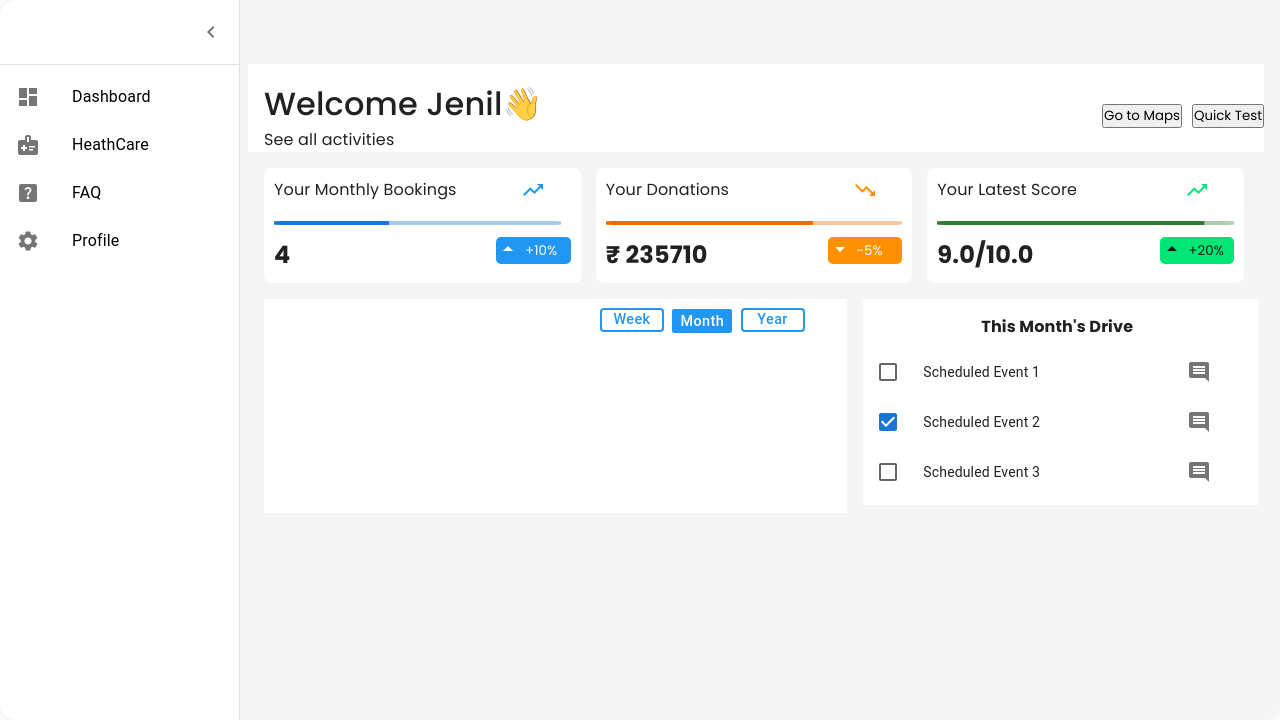
Repository: shubhampirate/Google_Solutions_Edural
Page: /dashboard
The author's editor kept a copy of each file at every save. The page is drawn from the files as they stood at one save, then again after the next save.
The browser window is 1280 px wide. The pictures show the whole page.
The page's requests for data from a server got no answer. The project was rebuilt for these pictures with package versions that can differ from the ones it lists, and the page was loaded fresh each time. Some packages were replaced by stand-ins written for this rebuild. No one was signed in, and anything a server would have sent is missing. Also part of the build but not shown: src/Components/CustomButton.jsx, src/Components/Navbar.jsx, src/Components/Footer.jsx, src/Components/CongratsCard.jsx, src/pages/Hero/Hero.jsx, src/pages/Sign_in.jsx.

Above is the page before, as saved 2024-02-03 17:53:45.

### src/index.js
import React from "react";
import ReactDOM from "react-dom/client";
import "./index.css";
import { GoogleOAuthProvider } from '@react-oauth/google';
import App from "./App";
import { BrowserRouter } from "react-router-dom";
const root = ReactDOM.createRoot(
    document.getElementById("root"));
root.render(
    <BrowserRouter>
<GoogleOAuthProvider clientId="730379698185-cv7a59sok9sod43v04ee6g6pt4gtaea2.apps.googleusercontent.com">
        {/* <React.StrictMode> */}
            <App />
        {/* </React.StrictMode> */}
    </GoogleOAuthProvider>
    </BrowserRouter>

);

### src/App.jsx
import Hero from "./pages/Hero/Hero";
import Dashboard from "./pages/Dashboard/Dashboard";
import SignIn from "./pages/Sign_in";
import {useState} from "react";
import { Route, Routes } from "react-router-dom";
function App() {
  return (
    <>
      {/* <Hero />   */}
      {/* <SignIn /> */}
      <Routes>
        <Route path="/signin" element={<><SignIn /></>} />
        <Route path="/dashboard" element={<><Dashboard /></>} />
        {/* <Route path="/education" element={<><Education /></>} /> */}
        {/* <Route path="/health" element={<><Health /></>} /> */}
        {/* <Route path="/profile" element={<><Profile /></>} /> */}
        {/* <Route path="/finance" element={<><Finance /></>} /> */}
        {/* <Route path="/questions" element={<><Questions /></>} /> */}
        {/* <Route path="/retireaibot" element={<><Bot /></>} /> */}
        <Route path="/" element={<><Hero /></>} />
      </Routes>
         </>
  );
}

export default App;

### src/pages/Dashboard/Dashboard.jsx
import * as React from 'react';
import { styled, createTheme, ThemeProvider } from '@mui/material/styles';
import CssBaseline from '@mui/material/CssBaseline';
import MuiDrawer from '@mui/material/Drawer';
import Box from '@mui/material/Box';
import MuiAppBar from '@mui/material/AppBar';
import Toolbar from '@mui/material/Toolbar';
import {
  LinearProgress, ListItem, CircularProgress, Checkbox, ListItemText, Dialog, DialogActions, DialogContent,
  DialogContentText, DialogTitle, ListItemIcon, ListItemButton
} from '@mui/material';
import TrendingUpIcon from '@mui/icons-material/TrendingUp';
// import { PieChart } from '@mui/x-charts/PieChart';
// import { useDrawingArea } from '@mui/x-charts/hooks';
import TrendingDownIcon from '@mui/icons-material/TrendingDown';
import List from '@mui/material/List';
import Divider from '@mui/material/Divider';
import IconButton from '@mui/material/IconButton';
import ArrowDropUpIcon from '@mui/icons-material/ArrowDropUp';
import ArrowDropDownIcon from '@mui/icons-material/ArrowDropDown';
import Grid from '@mui/material/Grid';
import MenuIcon from '@mui/icons-material/Menu';
import ChevronLeftIcon from '@mui/icons-material/ChevronLeft';
import { mainListItems } from '../../Components/listItems';
import axios from 'axios';
import Button from '@mui/material/Button';
import CommentIcon from '@mui/icons-material/Comment';
import Swal from 'sweetalert2';
import { useState } from 'react';
import { useEffect } from 'react';
// import { Bar } from "react-chartjs-2";
// import { BarElement, CategoryScale, Chart as ChartJS, Legend, LinearScale, Title, Tooltip } from "chart.js";
// import GoogleTranslateComponent from '../../Components/GoogleTranslateComponent';
// import csacc from "../../media/csacc.png"
// import creditscoremodel from "../../media/creditscoremodel.png"
// import creditflow from "../../media/creditflowchart.png"
// ChartJS.register(CategoryScale, LinearScale, BarElement, Title, Tooltip, Legend);

const drawerWidth = 240;

const AppBar = styled(MuiAppBar, {
  shouldForwardProp: (prop) => prop !== 'open',
})(({ theme, open }) => ({
  zIndex: theme.zIndex.drawer + 1,
  transition: theme.transitions.create(['width', 'margin'], {
    easing: theme.transitions.easing.sharp,
    duration: theme.transitions.duration.leavingScreen,
  }),
  ...(open && {
    marginLeft: drawerWidth,
    width: `calc(100% - ${drawerWidth}px)`,
    transition: theme.transitions.create(['width', 'margin'], {
      easing: theme.transitions.easing.sharp,
      duration: theme.transitions.duration.enteringScreen,
    }),
  }),
}));

const Drawer = styled(MuiDrawer, { shouldForwardProp: (prop) => prop !== 'open' })(
  ({ theme, open }) => ({
    '& .MuiDrawer-paper': {
      position: 'relative',
      whiteSpace: 'nowrap',
      width: drawerWidth,
      transition: theme.transitions.create('width', {
        easing: theme.transitions.easing.sharp,
        duration: theme.transitions.duration.enteringScreen,
      }),
      boxSizing: 'border-box',
      ...(!open && {
        overflowX: 'hidden',
        transition: theme.transitions.create('width', {
          easing: theme.transitions.easing.sharp,
          duration: theme.transitions.duration.leavingScreen,
        }),
        width: theme.spacing(7),
        [theme.breakpoints.up('sm')]: {
          width: theme.spacing(9),
        },
      }),
    },
  }),
);

var currentDate = new Date();

var months = [
  "January", "February", "March", "April", "May", "June",
  "July", "August", "September", "October", "November", "December"
];

var formattedDate = months[currentDate.getMonth()] + " " + currentDate.getDate() + ", " + currentDate.getFullYear();

const defaultTheme = createTheme();

export default function Dashboard() {
  const [open, setOpen] = React.useState(true);
  const toggleDrawer = () => {
    setOpen(!open);
  };

  const [expensedata, setExpensedata] = useState([])

  useEffect(() => {
    loadList();
  }, []);


  const loadList = async () => {
    const result = await axios.get(`https://wixstocle.pythonanywhere.com/api/expense/`, {
      headers: { "Authorization": `Token 11c868750d92deda81638c5a9a59177bdc7ae41a` },
    });
    console.log(result.data.data);
    setExpensedata(result.data.data);
  }

  const getLabels = () => expensedata.slice(-5).map(data => data.date);

  const getData = (key) => expensedata.slice(-5).map(data => data[key]);

  const optionsexpense = {
    indexAxis: 'x',
    elements: {
      bar: {
        borderWidth: 0,
      },
    },
    responsive: true,
    interaction: {
      mode: 'index',
      intersect: false,
    },
    scales: {
      x: {
        stacked: false,
      },
      y: {
        stacked: false,
      },
    },
    plugins: {
      legend: {
        position: 'top',
      }
    },
  };

  const dataexpense = {
    labels: getLabels(),
    datasets: [
      {
        label: 'Revenue',
        data: getData('income'),
        backgroundColor: '#2196f3',
      },
      {
        label: 'Spendings',
        data: getData('expense'),
        backgroundColor: '#ff9100',
      },
      {
        label: 'Savings',
        data: getData('savings'),
        backgroundColor: '#00e676',
      },
    ],
  };

  const today = new Date();
  const year = today.getFullYear();
  const month = String(today.getMonth() + 1).padStart(2, '0'); // Months are zero-based
  const day = String(today.getDate()).padStart(2, '0');

  const todayDate = `${year}-${month}-${day}`;

  const [userData, setUserData] = React.useState({
    income: '',
    savings: '',
    expense: '',
    date: todayDate,
    user: "tony@gmail.com"
  });

  const handleChangePlan = (field, value) => {
    setUserData((prevData) => ({ ...prevData, [field]: value }));
  };
  const creditscore = 87.4;

  const handlePostData = () => {
    console.log(userData);
    fetch(`https://wixstocle.pythonanywhere.com/api/expense/`, {
      method: 'POST',
      headers: {
        "Authorization": `Token 11c868750d92deda81638c5a9a59177bdc7ae41a`,
        'Content-Type': 'application/json',
      },
      body: JSON.stringify(userData),
    })
      .then((response) => response.json())
      .then((data) => {
        // console.log(data);
        if (data.status == true) {
          Swal.fire({
            icon: 'success',
            title: 'Successfully Saved the details',
            showConfirmButton: false,
            timer: 3000
          })
          setExpensedata([...expensedata, userData]);
        }
        else {
          Swal.fire({
            icon: 'error',
            title: data.message,
            showConfirmButton: false,
            timer: 3000
          })
        }
      });
  };


//   function PieCenterLabel({ children }) {
//     const { width, height, left, top } = useDrawingArea();
//     return (
//       <StyledText x={left + width / 2} y={top + height / 2}>
//         {children}
//       </StyledText>
//     );
//   }

  const [checked, setChecked] = React.useState([1]);

  const handleToggle = (value) => () => {
    const currentIndex = checked.indexOf(value);
    const newChecked = [...checked];

    if (currentIndex === -1) {
      newChecked.push(value);
    } else {
      newChecked.splice(currentIndex, 1);
    }

    setChecked(newChecked);
  };
  return (
    <ThemeProvider theme={defaultTheme}>
      <Box sx={{ display: 'flex', borderRadius: '16px', overflow: 'hidden', boxShadow: '0px 0px 10px rgba(0, 0, 0, 0.1)' }} >
        <CssBaseline />
        <AppBar position="absolute" open={open} sx={{ backgroundColor: "whitesmoke", boxShadow: 'none' }}>
          <Toolbar
            sx={{
              pr: '24px', // keep right padding when drawer closed
              display: 'flex',
              alignItems: 'center',
              justifyContent: 'space-between',
            }}>
            <Box sx={{ display: 'flex', alignItems: 'center' }}>
              <IconButton
                edge="start"
                aria-label="open drawer"
                onClick={toggleDrawer}
                sx={{
                  marginRight: '36px',
                  ...(open && { display: 'none' }),
                  backgroundColor: "#fff"
                }}>
                <MenuIcon />
              </IconButton>
            </Box>
          </Toolbar>
        </AppBar>
        <Drawer variant="permanent" open={open}>
          <Toolbar
            sx={{
              display: 'flex',
              alignItems: 'center',
              justifyContent: 'flex-end',
              px: [1],
            }}
          >
            {/* <GoogleTranslateComponent /> */}
            <IconButton onClick={toggleDrawer}>
              <ChevronLeftIcon />
            </IconButton>
          </Toolbar>
          <Divider />
          <List component="nav">
            {mainListItems}
          </List>
        </Drawer>
        <Box
          component="main"
          sx={{
            backgroundColor: (theme) =>
              theme.palette.mode === 'light'
                ? theme.palette.grey[100]
                : theme.palette.grey[900],
            flexGrow: 1,
            height: '100vh',
            overflow: 'auto',
          }}>
          <Toolbar />
          <div>
      <Grid container spacing={2} marginTop="0.02rem" paddingLeft={3} paddingRight={2}>
        <Grid item xs={6} style={{ backgroundColor: "white"}} >
          <div style={{ fontSize: '2rem', fontWeight: '500' }}>Welcome Jenil👋</div>
          <div>See all activities</div>
        </Grid>
        <Grid item xs={6} display="flex" justifyContent="flex-end" alignItems="center" style={{ backgroundColor: "white"}}>
          <button style={{ /* Add your button styles */ }}>Go to Maps</button>
          <button style={{ marginLeft: '10px' /* Add your button styles */ }}>Quick Test</button>
        </Grid>
      </Grid>
    </div>

          <Grid container spacing={2} marginTop="1rem" paddingLeft={5} paddingRight={2}>
            <Grid item xs={12} md={3.8} style={{ backgroundColor: "white", padding: "10px", marginRight: "15px", borderRadius: "0.5rem" }}>
              <Grid item xs={12}>
                <Grid container>
                  <Grid item xs={10}><div>Your Monthly Bookings</div></Grid>
                  <Grid item xs={2}><TrendingUpIcon sx={{ color: "#2196f3" }} /></Grid>
                </Grid>
                <Grid item xs={12}>
                  <LinearProgress variant="determinate" value={40} sx={{ color: "#2196f3", borderRadius: "10%", margin: "12px 10px 12px 0px" }} />
                </Grid>
                <Grid item xs={12}>
                  <Grid container>
                    <Grid item xs={9}>
                       <div style={{ fontSize: "1.5rem", fontWeight: "550" }}> 4</div>
                    </Grid>
                    <Grid item xs={3} style={{ backgroundColor: "#2196f3", color: "white", borderRadius: "5px", height: "1.65rem" }}>
                      <ArrowDropUpIcon /> <sup>+10%</sup>
                    </Grid>
                  </Grid>
                </Grid>
              </Grid>
            </Grid>
            <Grid item xs={12} md={3.8} style={{ backgroundColor: "white", padding: "10px", marginRight: "15px", borderRadius: "0.5rem" }}>
              <Grid item xs={12}>
                <Grid container>
                  <Grid item xs={10}><div>Your Donations</div></Grid>
                  <Grid item xs={2}><TrendingDownIcon sx={{ color: "#ff9100" }} /></Grid>
                </Grid>
                <Grid item xs={12}>
                  <LinearProgress variant="determinate" value={70} color='warning' sx={{ borderRadius: "10%", margin: "12px 0px" }} />
                </Grid>
                <Grid item xs={12}>
                  <Grid container>
                    <Grid item xs={9}>
                   <div style={{ fontSize: "1.5rem", fontWeight: "550" }}>₹ 235710</div>
                    </Grid>
                    <Grid item xs={3} style={{ backgroundColor: "#ff9100", color: "white", borderRadius: "5px", height: "1.65rem" }}>
                      <ArrowDropDownIcon /> <sup>-5%</sup>
                    </Grid>
                  </Grid>
                </Grid>
              </Grid>
            </Grid>
            <Grid item xs={12} md={3.8} style={{ backgroundColor: "white", padding: "10px", marginRight: "15px", borderRadius: "0.5rem" }}>
              <Grid item xs={12}>
                <Grid container>
                  <Grid item xs={10}><div>Your Latest Score</div></Grid>
                  <Grid item xs={2}><TrendingUpIcon sx={{ color: "#00e676" }} /></Grid>
                </Grid>
                <Grid item xs={12}>
                  <LinearProgress variant="determinate" value={90} color="success" style={{ borderRadius: "10%", margin: "12px 0px" }} />
                </Grid>
                <Grid item xs={12}>
                  <Grid container>
                    <Grid item xs={9}>
 <div style={{ fontSize: "1.5rem", fontWeight: "550" }}> 9.0/10.0</div>
                    </Grid>
                    <Grid item xs={3} style={{ backgroundColor: "#00e676", borderRadius: "5px", height: "1.65rem" }}>
                      <ArrowDropUpIcon /> <sup>+20%</sup>
                    </Grid>
                  </Grid>
                </Grid>
              </Grid>
            </Grid>
            {/* <Grid item xs={12} md={2.5} style={{ backgroundColor: "white", padding: "10px", borderRadius: "0.5rem" }}> */}
              {/* <Grid container spacing={2}> */}
                {/* <Grid item xs={12}>Today's Savings Deal</Grid> */}
                {/* <Grid item xs={12}>
                  <LinearProgress variant="determinate" value={0} color='secondary' sx={{ borderRadius: "10%", margin: "3px 0px" }} />
                </Grid> */}
                {/* <Grid item xs={12} sx={{ fontWeight: "550", marginTop: "-10px" }}>Buy Doctor Shoes from Amazon and save over <br />₹ 1500</Grid> */}
              {/* </Grid> */}
            {/* </Grid> */}
          </Grid>
          <Grid container spacing={2} marginTop="1rem" paddingLeft={5} paddingRight={2} marginBottom={2}>
            <Grid item xs={7} sx={{ backgroundColor: "white", padding: "5px", marginRight: "1rem" }}>
              <Grid container spacing={2} padding={1}>
                <Grid xs={7}></Grid>
                <Grid xs={1.5}><Button style={{
                  borderColor: "#2196f3", color: "#2196f3", height: "1.5rem", textTransform: "capitalize",
                  fontSize: "0.9rem", border: "2px solid", textAlign: "left"
                }}>Week</Button></Grid>
                <Grid xs={1.5}><Button style={{
                  backgroundColor: "#2196f3", color: "white", height: "1.75rem", textTransform: "capitalize",
                  fontSize: "0.9rem", border: "2px solid", textAlign: "left"
                }}>Month</Button></Grid>
                <Grid xs={1}><Button style={{
                  borderColor: "#2196f3", color: "#2196f3", height: "1.5rem", textTransform: "capitalize",
                  fontSize: "0.9rem", border: "2px solid", textAlign: "left"
                }}>Year</Button></Grid>
                <Grid xs={12} marginTop={2}>
                  {/* <Bar options={optionsexpense} data={dataexpense} /> */}
                </Grid>
              </Grid>
            </Grid>
            <Grid item xs={4.75} >
              <Grid container spacing={2} >

                <Grid item xs={12}>
                  <Grid container spacing={2} sx={{ backgroundColor: "white", marginBottom: "0.5rem" }}>
                    <Grid item xs={12} style={{ textAlign: "center", marginLeft: "-0.75rem", fontWeight: "600" }}>This Month's Drive</Grid>
                    <List sx={{ width: '100%', maxWidth: 360, bgcolor: 'background.paper' }}>
                      {[0, 1, 2].map((value) => {
                        const labelId = `checkbox-list-label-${value}`;
                        return (
                          <ListItem
                            key={value}
                            secondaryAction={
                              <IconButton edge="end" aria-label="comments">
                                <CommentIcon />
                              </IconButton>
                            }
                            disablePadding
                          >
                            <ListItemButton role={undefined} onClick={handleToggle(value)} dense>
                              <ListItemIcon>
                                <Checkbox
                                  edge="start"
                                  checked={checked.indexOf(value) !== -1}
                                  tabIndex={-1}
                                  disableRipple
                                  inputProps={{ 'aria-labelledby': labelId }}
                                />
                              </ListItemIcon>
                              <ListItemText id={labelId} style={{ marginLeft: "-0.75rem" }} primary={`Scheduled Event ${value + 1}`} />
                            </ListItemButton>
                          </ListItem>
                        );
                      })}
                    </List>
                  </Grid>
                </Grid>
              </Grid>
            </Grid>
          </Grid>

        </Box>
      </Box >
    </ThemeProvider >
  );
}

### src/Components/listItems.jsx
import * as React from 'react';
import ListItemButton from '@mui/material/ListItemButton';
import ListItemIcon from '@mui/material/ListItemIcon';
import ListItemText from '@mui/material/ListItemText';
import DashboardIcon from '@mui/icons-material/Dashboard';
import MedicalInformationIcon from '@mui/icons-material/MedicalInformation';
import SavingsIcon from '@mui/icons-material/Savings';
import SchoolIcon from '@mui/icons-material/School';
import HelpCenterIcon from '@mui/icons-material/HelpCenter';
import SettingsIcon from '@mui/icons-material/Settings';
import SmartToyIcon from '@mui/icons-material/SmartToy';
import { Link } from 'react-router-dom';
// import GoogleTranslateComponent from './GoogleTranslateComponent';


export const mainListItems = (
  <>
    <React.Fragment>
      <Link to="/dashboard" style={{ textDecoration: "none", color: "black" }}>
        <ListItemButton>
          <ListItemIcon>
            <DashboardIcon />
          </ListItemIcon>
          <ListItemText primary="Dashboard" />
        </ListItemButton>
      </Link>
      <Link to="/health" style={{ textDecoration: "none", color: "black" }}>
        <ListItemButton>
          <ListItemIcon>
            <MedicalInformationIcon />
          </ListItemIcon>
          <ListItemText primary="HeathCare" />
        </ListItemButton>
      </Link>
      {/* <Link to="/finance" style={{ textDecoration: "none", color: "black" }}>
        <ListItemButton>
          <ListItemIcon>
            <SavingsIcon />
          </ListItemIcon>
          <ListItemText primary="Finance Planning" />
        </ListItemButton>
      </Link> */}
      {/* <Link to="/education" style={{ textDecoration: "none", color: "black" }}>
        <ListItemButton>
          <ListItemIcon>
            <SchoolIcon />
          </ListItemIcon>
          <ListItemText primary="Educational Service" />
        </ListItemButton>
      </Link> */}
      <Link to="/questions" style={{ textDecoration: "none", color: "black" }}>
        <ListItemButton>
          <ListItemIcon>
            <HelpCenterIcon />
          </ListItemIcon>
          <ListItemText primary="FAQ" />
        </ListItemButton>
      </Link>
      <Link to="/profile" style={{ textDecoration: "none", color: "black" }}>
        <ListItemButton>
          <ListItemIcon>
            <SettingsIcon />
          </ListItemIcon>
          <ListItemText primary="Profile" />
        </ListItemButton>
      </Link>
      {/* <Link to="/retireaibot" style={{ textDecoration: "none", color: "black" }}>
        <ListItemButton>
          <ListItemIcon>
            <SmartToyIcon />
          </ListItemIcon>
          <ListItemText primary="Retire AI Bot" />
        </ListItemButton>
      </Link> */}
    </React.Fragment >
  </>
);

// export const secondaryListItems = (
//   <React.Fragment>
//     <ListSubheader component="div" inset>
//       Saved reports
//     </ListSubheader>
//     <ListItemButton>
//       <ListItemIcon>
//         <AssignmentIcon />
//       </ListItemIcon>
//       <ListItemText primary="Current month" />
//     </ListItemButton>
//     <ListItemButton>
//       <ListItemIcon>
//         <AssignmentIcon />
//       </ListItemIcon>
//       <ListItemText primary="Last quarter" />
//     </ListItemButton>
//     <ListItemButton>
//       <ListItemIcon>
//         <AssignmentIcon />
//       </ListItemIcon>
//       <ListItemText primary="Year-end sale" />
//     </ListItemButton>
//   </React.Fragment>
// );

Loaded but not shown: public/index.html (common file); src/index.css (common file)

After the next save:
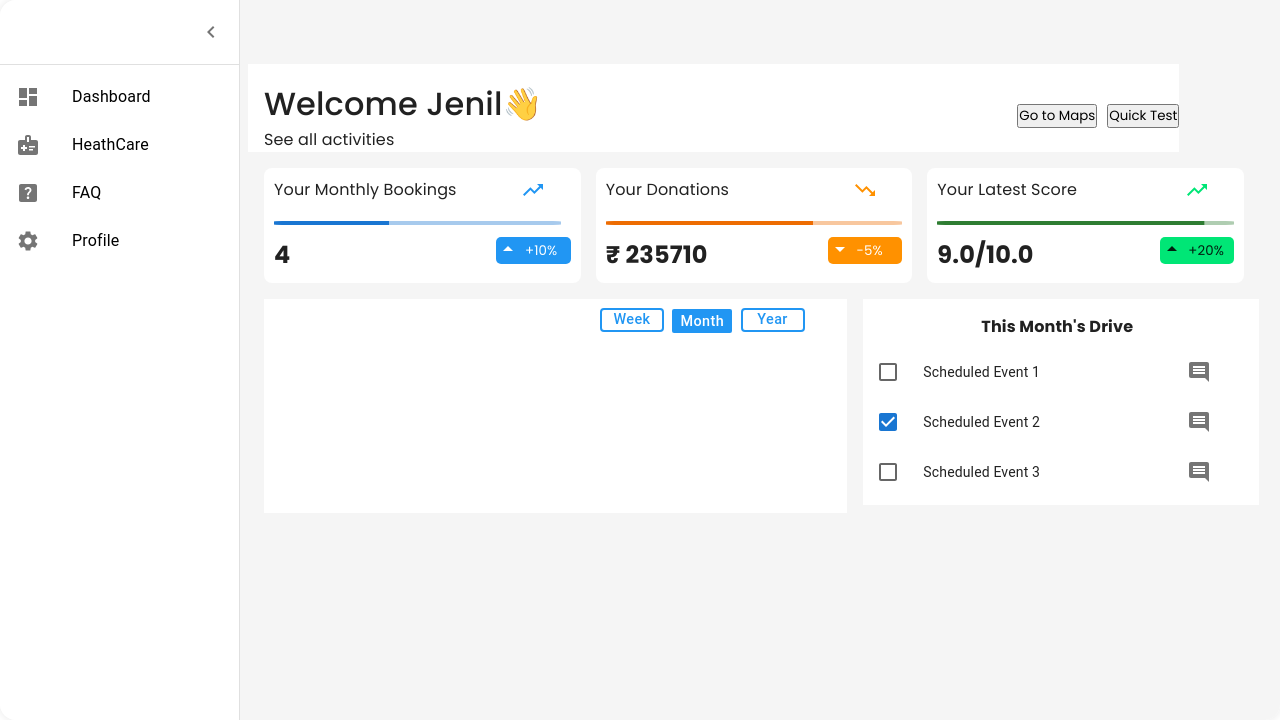
Saved 11 s later.
--- a/src/pages/Dashboard/Dashboard.jsx
+++ b/src/pages/Dashboard/Dashboard.jsx
@@ -307,7 +307,7 @@ export default function Dashboard() {
           <div style={{ fontSize: '2rem', fontWeight: '500' }}>Welcome Jenil👋</div>
           <div>See all activities</div>
         </Grid>
-        <Grid item xs={6} display="flex" justifyContent="flex-end" alignItems="center" style={{ backgroundColor: "white"}}>
+        <Grid item xs={5} display="flex" justifyContent="flex-end" alignItems="center" style={{ backgroundColor: "white"}}>
           <button style={{ /* Add your button styles */ }}>Go to Maps</button>
           <button style={{ marginLeft: '10px' /* Add your button styles */ }}>Quick Test</button>
         </Grid>
